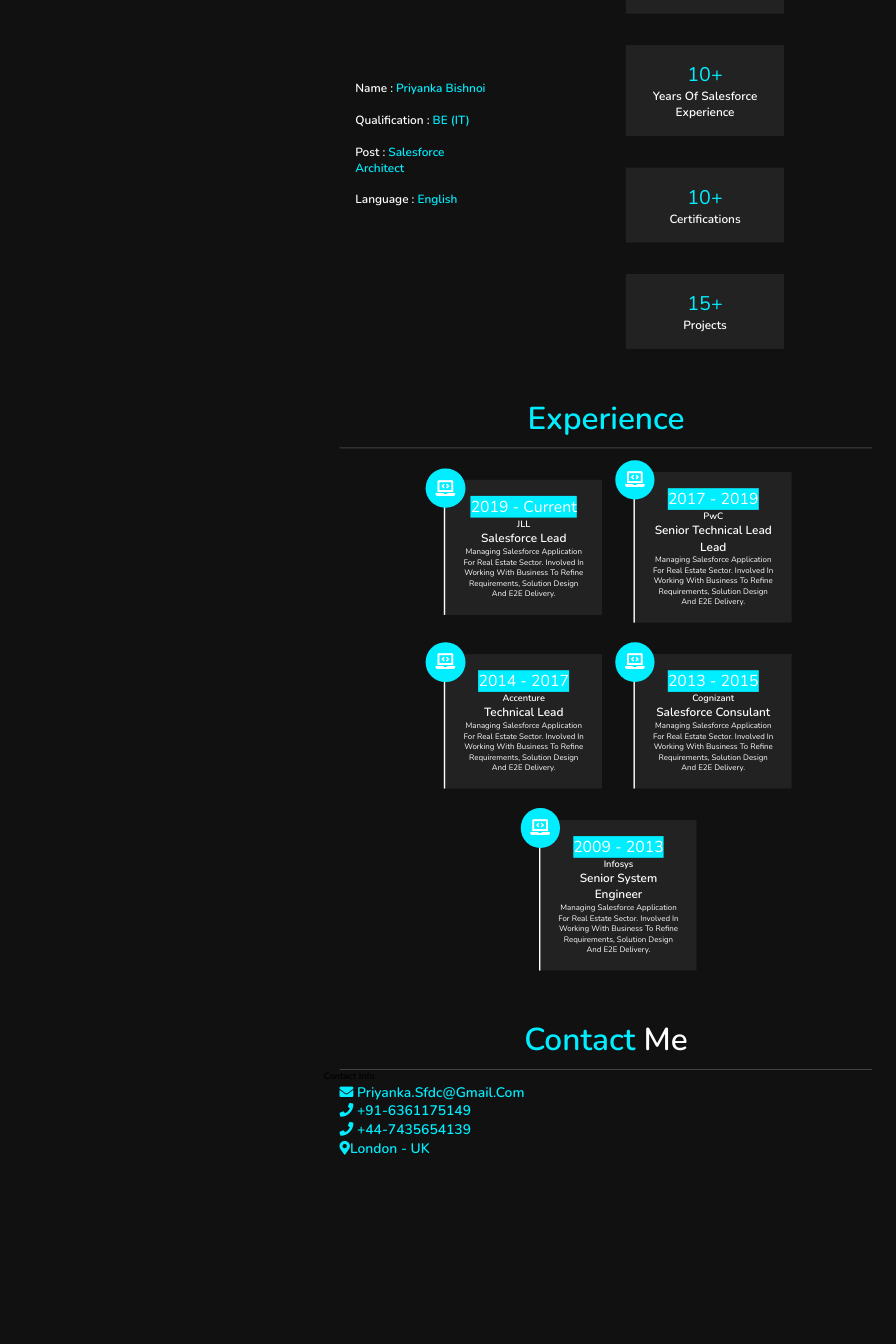
Repository: priyanka-bishnoi/PortfolioPage
Page: MyPage.html
The author's editor kept a copy of each file at every save. The page is drawn from the files as they stood at one save, then again after the next save.
The browser window is 1280 px wide. The pictures show the part of the page from y = 939 to 2859 px (the page is 3091 px tall), at 70% of full size.

Above is the page before, as saved 2022-10-09 15:29:54.

### MyPage.html
<!DOCTYPE html>
<html>
<head>
     <!-- font awesome cdn link  -->
     <link rel="stylesheet" href="https://cdnjs.cloudflare.com/ajax/libs/font-awesome/5.15.2/css/all.min.css">
    <link rel="stylesheet" href="css/style.css">

</head>
<body>
<header>
    <div class= "user">
        <img src="Background1.jpg"/>
        <h1 class="name" >Priyanka Bishnoi</h1>
        <p class="post" >Salesforce Consultant</p>
    </div>

    <nav class="navBar">
        <ul>
            <li> <a href="#home">Home</a></li>
            <li> <a href="#about">About</a></li>
            <li> <a href="#experience">Experience</a></li>
            <li> <a href="#portfolio">Portfolio</a></li>
            <li> <a href="#contact">Contact</a></li>

        </ul>


    </nav>


</header>

<!-- Home-->

<section class="home" id="home">

    <h3>HI THERE !</h3>
    <h1>I'M <span>Priyanka Bishnoi</span></h1>
    <p>Lorem ipsum dolor sit amet consectetur adipisicing elit. Distinctio deserunt aspernatur fugiat minus enim ullam repudiandae sint sed magnam tenetur! Lorem ipsum dolor sit amet consectetur adipisicing elit. Necessitatibus, at.
    </p>
    <a href="#about"><button class="btn">about me </button></a>


</section>

<section class="about" id="about">
<h1 class="heading"> <span>About </span>Me</h1>

<div class="row">
    <div class="info">
        <h3>  name : <span> priyanka bishnoi </span></h3>
        <h3> qualification :  <span> BE (IT) </span> </h3>
        <h3>  post : <span>Salesforce Architect </span>  </h3>
        <h3> language :<span> English  </span>  </h3>
    </div>

    <div class="counter">
        <div class="box">
            <span>13+</span>
            <h3>years of IT experience</h3>
        </div>

        <div class="box">
            <span>10+</span>
            <h3>years of Salesforce Experience</h3>
        </div>

        <div class="box">
            <span>10+</span>
            <h3>Certifications</h3>
        </div>

        <div class="box">
            <span>15+</span>
            <h3>Projects</h3>
        </div>
    </div>
</div>
</section>

<section class="experience" id="experience">

        <h1 class="heading"> <span>Experience </span></h1>

        <div class="exp">
                <div class="box">
                    <i class="fas fa-laptop-code"></i>
                    <span>2019 - Current</span>
                    <h3>JLL</h3>
                    <h2>Salesforce Lead</h2>
                    <p>Managing Salesforce application for Real Estate Sector. Involved in working with business to refine requirements, solution design and E2E delivery.</p>
                </div>
                <div class="box">
                    <i class="fas fa-laptop-code"></i>
                    <span>2017 - 2019</span>
                    <h3>PwC</h3>
                    <h2>Senior Technical Lead Lead</h2>
                    <p>Managing Salesforce application for Real Estate Sector. Involved in working with business to refine requirements, solution design and E2E delivery.</p>
                </div>
                <div class="box">
                    <i class="fas fa-laptop-code"></i>
                    <span>2014 - 2017</span>
                    <h3>Accenture</h3>
                    <h2>Technical Lead</h2>
                    <p>Managing Salesforce application for Real Estate Sector. Involved in working with business to refine requirements, solution design and E2E delivery.</p>
                </div>
                <div class="box">
                    <i class="fas fa-laptop-code"></i>
                    <span>2013 - 2015</span>
                    <h3>Cognizant</h3>
                    <h2>Salesforce Consulant</h2>
                    <p>Managing Salesforce application for Real Estate Sector. Involved in working with business to refine requirements, solution design and E2E delivery.</p>
                </div>
                <div class="box">
                    <i class="fas fa-laptop-code"></i>
                    <span>2009 - 2013</span>
                    <h3>Infosys</h3>
                    <h2>Senior System Engineer</h2>
                    <p>Managing Salesforce application for Real Estate Sector. Involved in working with business to refine requirements, solution design and E2E delivery.</p>
                </div>


        </div>

</section>


<section class="contact" id="contact">
    <h1 class="heading"> <span>Contact </span>Me</h1>

    <div class="row">
        <div class="content">

            <h3 class="title">contact info</h3>

            <div class="info">
                <h3> <i class="fas fa-envelope"></i> priyanka.sfdc@gmail.com </h3>
                <h3> <i class="fas fa-phone"></i> +91-6361175149</h3>
                <h3> <i class="fas fa-phone"></i> +44-7435654139 </h3>
                <h3> <i class="fas fa-map-marker-alt"></i>London - UK </h3>
            </div>

        </div>
    </div>
</section>


</body>
</html>

### css/style.css
@import url('https://fonts.googleapis.com/css2?family=Nunito:wght@200;300;400;600&display=swap');
:root{
    --orange:rgb(0, 238, 255);
}
*{
    font-family: 'Nunito', sans-serif;
    margin:0;
    padding:0;
    box-sizing:border-box;
    text-decoration:none;
    text-transform:capitalize;
    transition:all .2s linear;
}
html {
    font-size:70.5%;
    overflow-x:hidden;
}
body{
    background:#111;
    overflow-x: hidden;
    padding-left: 40rem;
}

section{
    min-height: 100vh;
    padding:1rem;
}

.btn{
    padding:.7rem 3rem;
    background:#333;
    color:#fff;
    cursor: pointer;
    margin-top: 1rem;
    font-size: 1.5rem;
    border-radius: 5rem;
}

.btn:hover{
    background:var(--orange);
}

.heading{
    text-align: center;
    margin:0 2rem;
    font-size: 4rem;
    padding:1rem;
    border-bottom: .1rem solid #fff4;
    color:#fff;
}

.heading span{
    color:var(--orange);
}

header {
    position:fixed;
    top:0; left:0;
    z-index:1000;
    height:100%;
    width:35rem;
    background:black;
    display:flex;
    align-items: center;
    justify-content: center;
    flex-flow: column;
    text-align: center;
}

header .user img {
    height: 17rem;
    width: 17rem;
    border-radius: 50%;
    object-fit: cover;
    margin-bottom: 1rem;
    border: 0.7rem solid var(--orange);
}
header .user .name {
    font-size: 2.5rem;
    color: antiquewhite;
}
header .user .post{
    font-size: 2rem;
    color: antiquewhite;
}

header .navBar {
    font-size : 2rem;
}
header .navBar ul{
    list-style: none;
    padding:1rem 2rem;
}
header .navBar ul li a{
    display: block;
    padding:1rem;
    margin:1.5rem 0;
    background:#333;
    color:#fff;
    font-size: 1.5rem;
    border-radius: 5rem;
}

header .navBar ul li a:hover{
    background:rgb(0, 238, 255);
}


.home{
    display: flex;
    justify-content: center;
    flex-flow: column;
    padding:0 15rem;
}

.home h3{
    font-size: 2rem;
    color:#fff;
}

.home h1{
    font-size:2rem;
    color:#fff;
}

.home h1 span{
    color:var(--orange);
}

.home p{
    font-size:1.8rem;
    color:#eee;
    padding: 1rem 0;
}

.about {
 color:white;
}
.about .row {
    display: flex;
    justify-content: flex-start;
    flex-wrap: nowrap;
    padding: 1rem 0;
    flex-direction: row;
    align-content: space-around;
    align-items: center;
}
.about .row .info {

    display: block;
    justify-content: center;
    padding-left: 1rem;
    padding-top: 0rem;
    padding-right: 1rem;
    margin: 0 1rem;
    font-size: 1.5rem;

}
.about h3 span{
    color:var(--orange);
}
.about .row .info h3 {

    display: block;
    justify-content: center;
    padding: 1rem;
    margin: 0 1rem;
    font-size: 1.5rem;

}

.about .row .counter{
    flex:1 1 48rem;
    display: flex;
    justify-content: center;
    flex-wrap: wrap;
}

.about .row .counter .box{
    width:20rem;
    background:#222;
    text-align: center;
    padding: 2rem;
    margin:2rem;
}

.about .row .counter .box span{
    font-size: 2.5rem;
    color:var(--orange);
}

.about .row .counter .box h3{
    font-size: 1.5rem;
    color:#fff;
}

.experience {
    color:white;
   }
.experience .exp {
    display: flex;
    justify-content: center;
    flex-wrap: wrap;
    padding: 1rem 0;
    padding-left: 3rem;
    /* flex-direction: row; */
    /* align-content: space-around; */
    align-items: center;
}

.experience .exp .box {
    width: 20rem;
    background: #222;
    text-align: center;
    padding: 2rem;
    margin: 2rem;
    border-left: .2rem solid #fff;
    position: relative;
}

.experience .exp .box i{
    position: absolute;
    top:-1.5rem; left:-2.5rem;
    height:5rem;
    width: 5rem;
    border-radius: 50%;
    line-height: 5rem;
    text-align: center;
    font-size: 2rem;
    color:#fff;
    background:var(--orange);
}

.experience .exp .box span{

    text-align: center;
    font-size: 2rem;
    background:var(--orange);
}

.contact .row .content .info {

    display: block;
    justify-content: center;
    padding-left: 1rem;
    padding-top: 0rem;
    padding-right: 1rem;
    margin: 0 1rem;
    font-size: 1.5rem;
    color:var(--orange);

}
.contact h3 span{
    color:var(--orange);
}

After the next save:
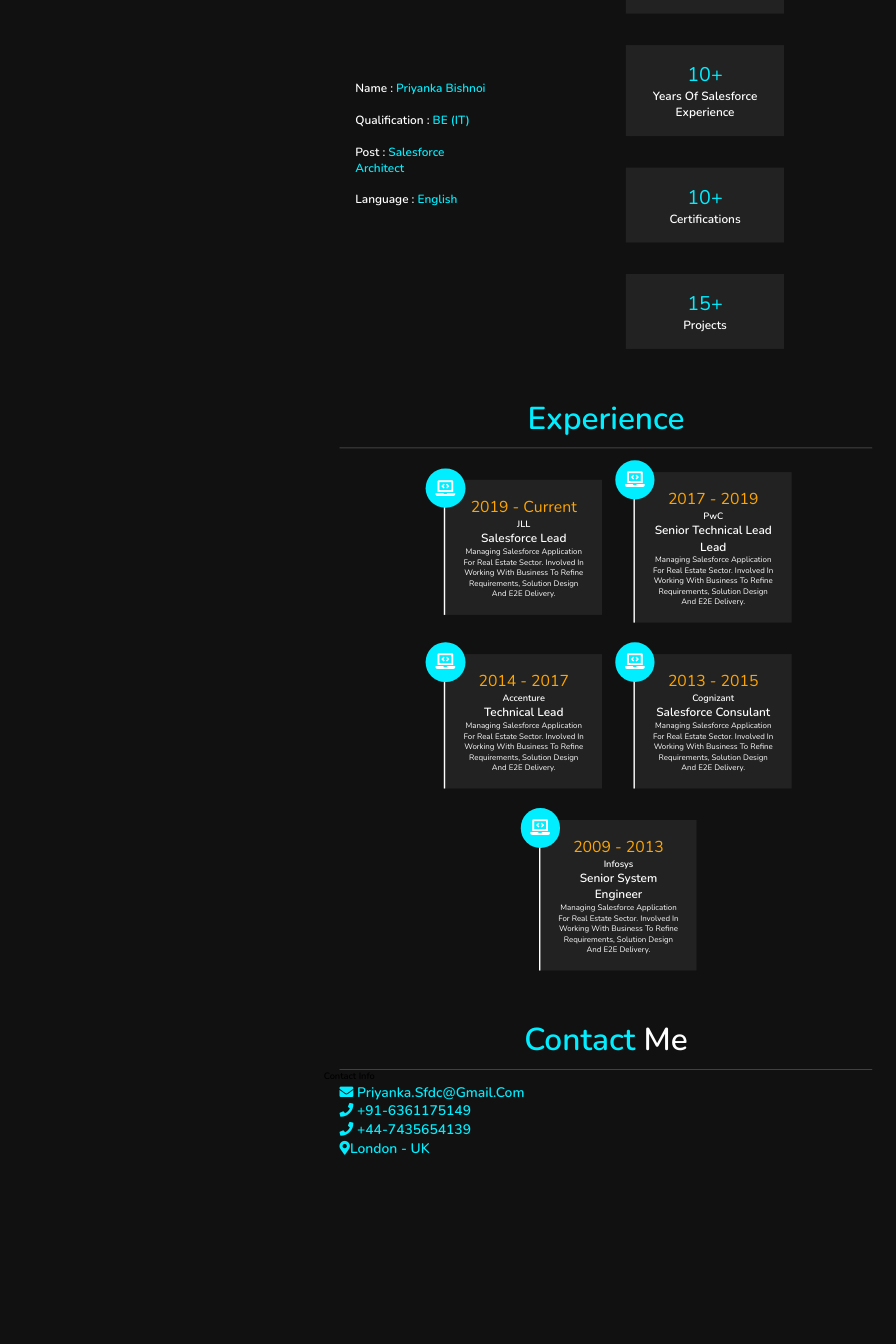
Saved 28 s later.
--- a/css/style.css
+++ b/css/style.css
@@ -235,7 +235,7 @@ header .navBar ul li a:hover{
 
     text-align: center;
     font-size: 2rem;
-    background:var(--orange);
+    color:orange;
 }
 
 .contact .row .content .info {
